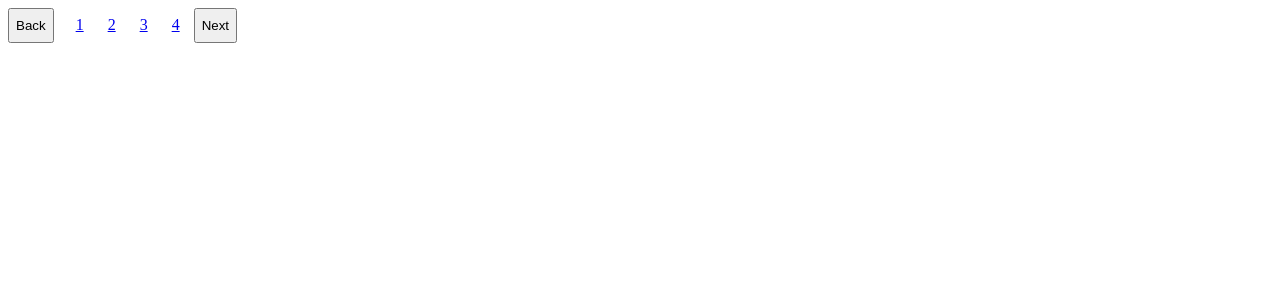
Repository: Kurumilli/Youtube
Page: Exercise4.html
The author's editor kept a copy of each file at every save. The page is drawn from the files as they stood at one save, then again after the next save.
The browser window is 1280 px wide. The pictures show the whole page.

Above is the page before, as saved 2025-01-29 19:48:36.

After the next save:
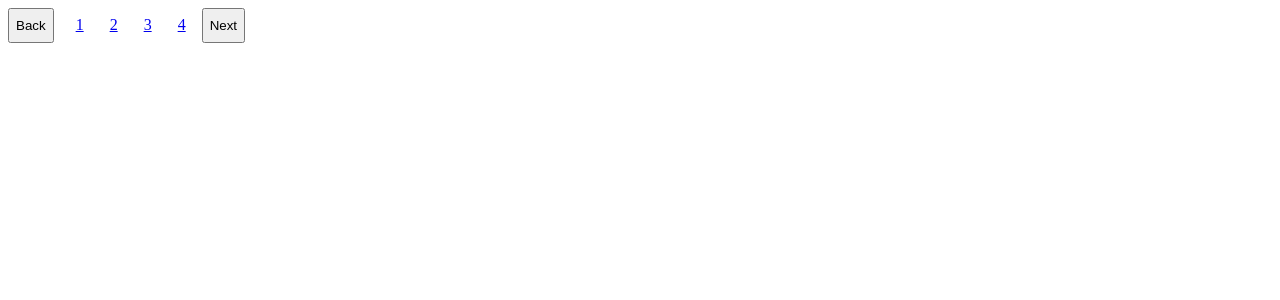
Saved 31 s later.
--- a/Exercise4.html
+++ b/Exercise4.html
@@ -8,7 +8,7 @@
 }
 .a{
     margin-left: 10px;
-    margin-right:10px ;
+    margin-right:12px ;
 }
 .next{
     padding-top: 8px;

After the save that followed:
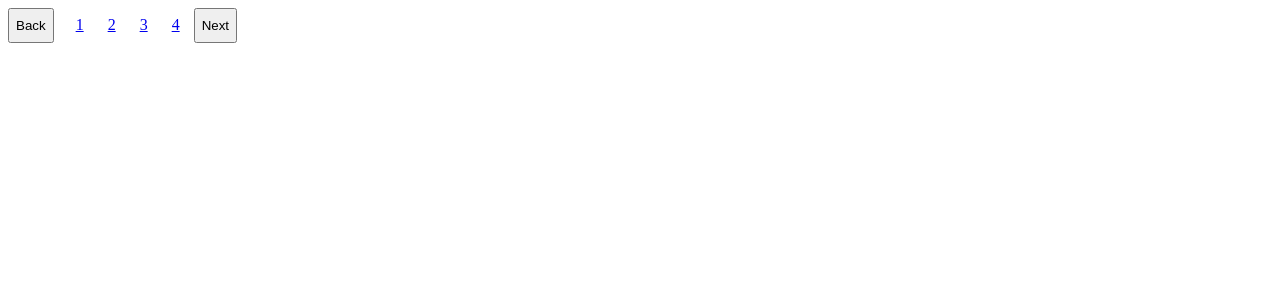
Saved 8 s later.
--- a/Exercise4.html
+++ b/Exercise4.html
@@ -8,7 +8,7 @@
 }
 .a{
     margin-left: 10px;
-    margin-right:12px ;
+    margin-right:10px ;
 }
 .next{
     padding-top: 8px;
